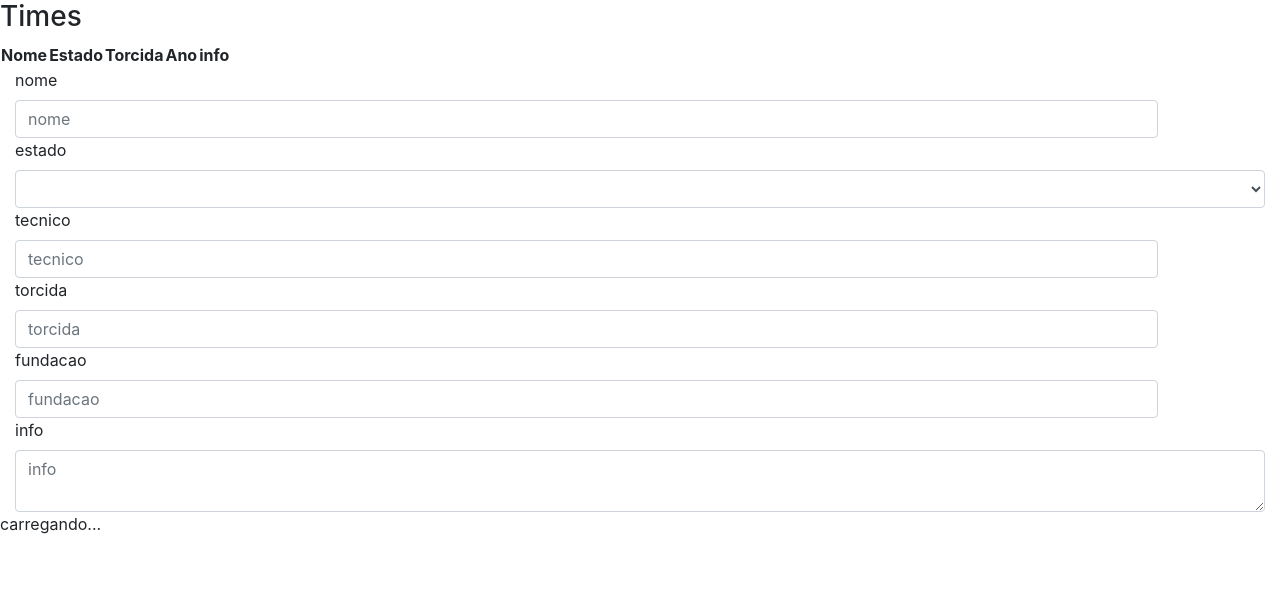
Repository: ecrseer/vuesheetpost
Page: /
The author's editor kept a copy of each file at every save. The page is drawn from the files as they stood at one save, then again after the next save.
The browser window is 1280 px wide. The pictures show the whole page.
The page's requests for data from a server got no answer. The project was rebuilt for these pictures with package versions that can differ from the ones it lists, and the page was loaded fresh each time. No one was signed in, and anything a server would have sent is missing. Also part of the build but not shown: vite.config.js, vue.config.js.

Above is the page before, as saved 2021-08-23 14:00:43.

After the next save:
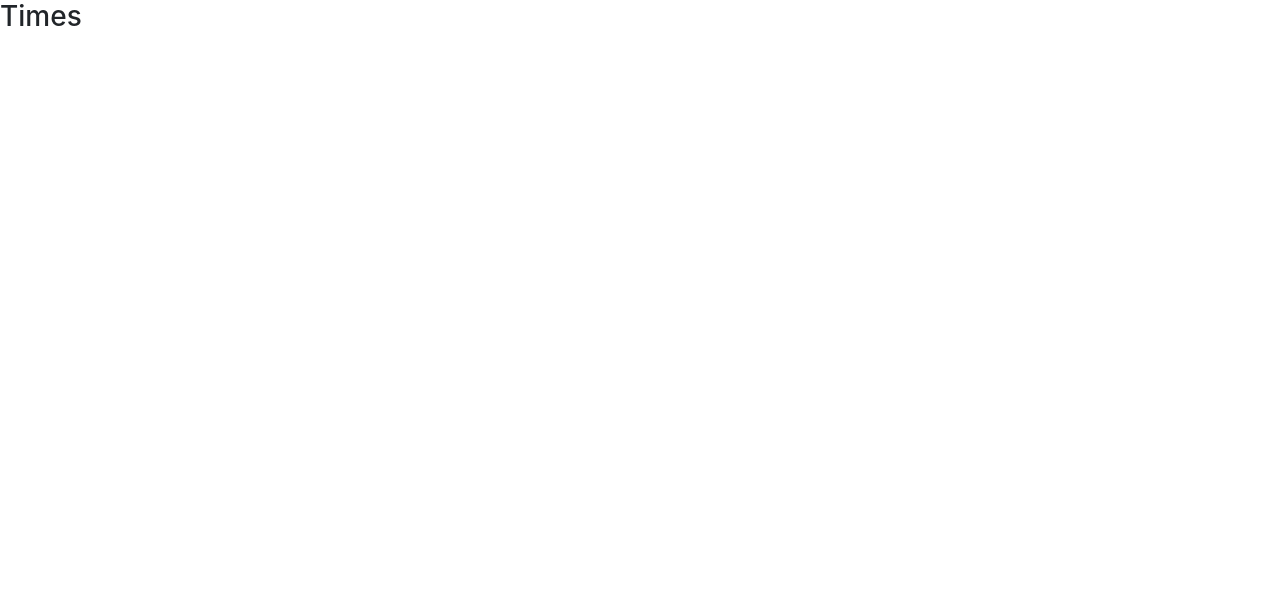
Console error: TypeError: Cannot read properties of undefined (reading '0')
Saved 6 s later.
--- a/src/App.vue
+++ b/src/App.vue
@@ -28,7 +28,7 @@
       </tr>
       </tbody>
     </table>
-
+    <TabelaMarota></TabelaMarota>
   </div>
 
 

After the 5 saves that followed:
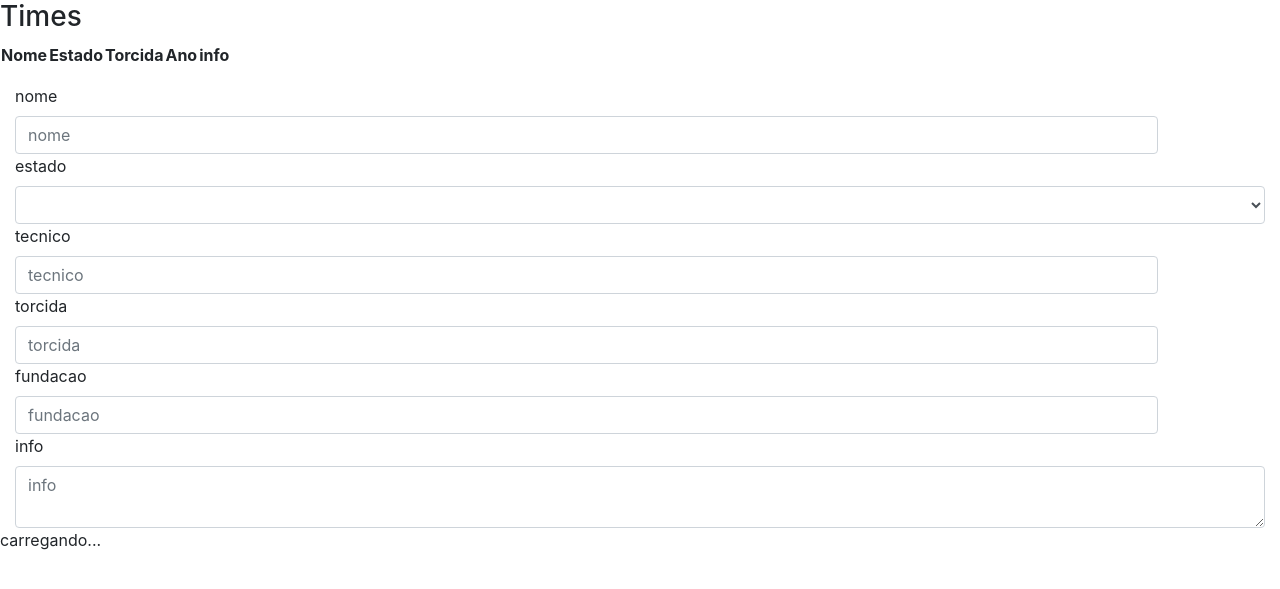
The error is gone.
The 5 saves are shown as one change because 2 did not build or start and 1 left the picture as it was and some came seconds apart.
The last was saved 119 s later.
--- a/src/App.vue
+++ b/src/App.vue
@@ -28,7 +28,7 @@
       </tr>
       </tbody>
     </table>
-    <TabelaMarota></TabelaMarota>
+    <TabelaMarota v-bind:lista="times"></TabelaMarota>
   </div>
 
 
